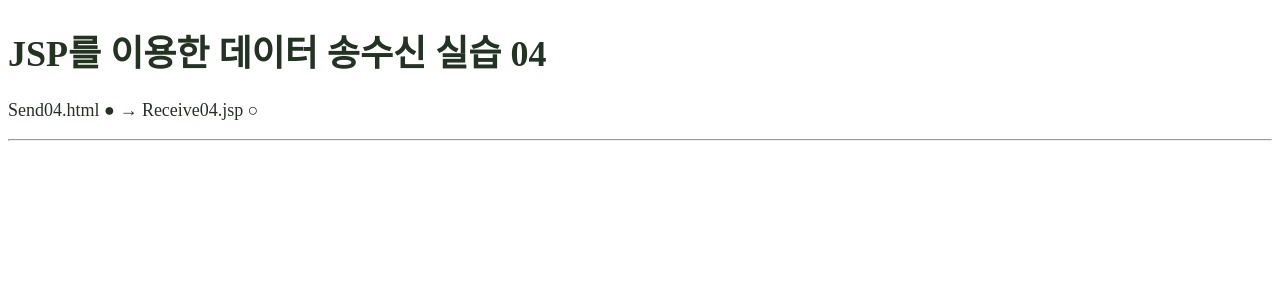
Repository: god5228god/Jsp
Page: WebApp06/WebContent/Send04.html
The author's editor kept a copy of each file at every save. The page is drawn from the files as they stood at one save, then again after the next save.
The browser window is 1280 px wide. The pictures show the whole page.

Above is the page before, as saved 2026-03-03 01:31:16.

After the next save:
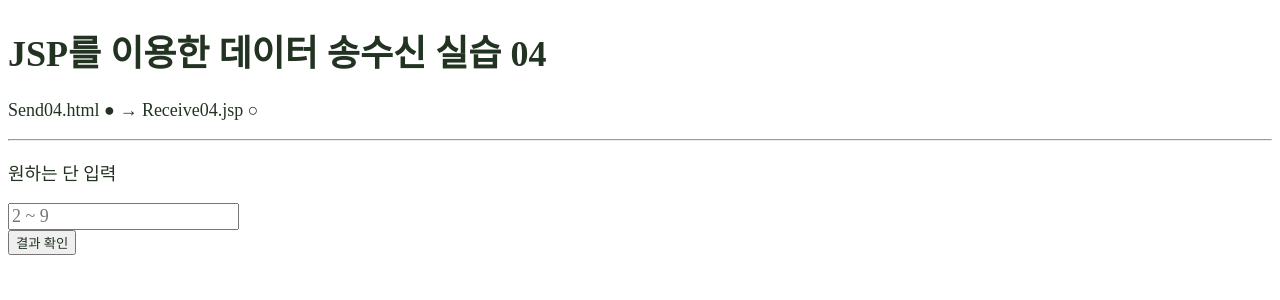
Saved 85 s later.
--- a/WebApp06/WebContent/Send04.html
+++ b/WebApp06/WebContent/Send04.html
@@ -37,6 +37,14 @@
 	 · Receive04.jsp
 
  -->
-<div></div>
+<div>
+	<form action="Receive04.jsp" method="get">
+		<div class="wrap">
+			<p>원하는 단 입력</p>
+			<input type="text" class="txt" name="dan" placeholder="2 ~ 9" />
+		</div>
+		<button type="submit" >결과 확인</button>
+	</form>
+</div>
 </body>
 </html>
